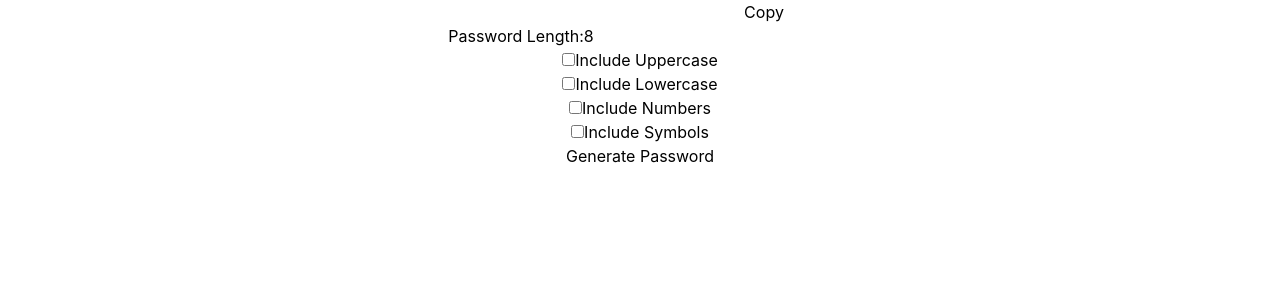
Repository: sriram1224/Password-generator
Page: / (app in password-generator/)
The author's editor kept a copy of each file at every save. The page is drawn from the files as they stood at one save, then again after the next save.
The browser window is 1280 px wide. The pictures show the whole page.
Some web libraries are served in a nearby version. The project was rebuilt for these pictures with package versions that can differ from the ones it lists, and the page was loaded fresh each time.

Above is the page before, as saved 2024-03-10 21:21:03.

### password-generator/public/index.html
<!DOCTYPE html>
<html lang="en">

<head>
  <meta charset="utf-8" />
  <link rel="icon" href="%PUBLIC_URL%/favicon.ico" />
  <meta name="viewport" content="width=device-width, initial-scale=1" />
  <meta name="theme-color" content="#000000" />
  <meta name="description" content="Web site created using create-react-app" />

  <link rel="apple-touch-icon" href="%PUBLIC_URL%/logo192.png" />
  <!--
      manifest.json provides metadata used when your web app is installed on a
      user's mobile device or desktop. See https://developers.google.com/web/fundamentals/web-app-manifest/
    -->
  <link rel="manifest" href="%PUBLIC_URL%/manifest.json" />
  <!--
      Notice the use of %PUBLIC_URL% in the tags above.
      It will be replaced with the URL of the `public` folder during the build.
      Only files inside the `public` folder can be referenced from the HTML.

      Unlike "/favicon.ico" or "favicon.ico", "%PUBLIC_URL%/favicon.ico" will
      work correctly both with client-side routing and a non-root public URL.
      Learn how to configure a non-root public URL by running `npm run build`.
    -->
  <title>React App</title>
</head>

<body>
  <noscript>You need to enable JavaScript to run this app.</noscript>
  <div id="root"></div>
  <script src="https://cdn.tailwindcss.com"></script>
</body>

</html>

### password-generator/src/App.js
import PasswordGenerator from './Components/content.js';
import './App.css';

function App() {
  return (
    <div className="App">
       <PasswordGenerator />

    </div>
  );
}

export default App;

### password-generator/src/Components/content.js
import React, { useState } from 'react';

const PasswordGenerator = () => {
  const [includeUppercase, setIncludeUppercase] = useState(false);
  const [includeLowercase, setIncludeLowercase] = useState(false);
  const [includeNumbers, setIncludeNumbers] = useState(false);
  const [includeSymbols, setIncludeSymbols] = useState(false);
  const [password, setPassword] = useState('');
  const [passwordLength, setPasswordLength] = useState(8);

  const generatePassword = () => {
    const uppercaseChars = 'ABCDEFGHIJKLMNOPQRSTUVWXYZ';
    const lowercaseChars = 'abcdefghijklmnopqrstuvwxyz';
    const numberChars = '0123456789';
    const symbolChars = '!@#$%^&*()_+-=[]{}|;:,.<>?';

    let chars = '';
    if (includeUppercase) chars += uppercaseChars;
    if (includeLowercase) chars += lowercaseChars;
    if (includeNumbers) chars += numberChars;
    if (includeSymbols) chars += symbolChars;

    let generatedPassword = '';
    for (let i = 0; i < passwordLength; i++) {
      const randomIndex = Math.floor(Math.random() * chars.length);
      generatedPassword += chars[randomIndex];
    }
    setPassword(generatedPassword);
  };

  const copyToClipboard = () => {
    navigator.clipboard.writeText(password);
  };

  return (
    <div>


      <div>
        <input type="text" readOnly value={password} bg-green-300	 />
        <button onClick={copyToClipboard}>Copy</button>
          </div>
          <div>
        <label>
          Password Length:
          <input type="number" value={passwordLength} onChange={(e) => setPasswordLength(parseInt(e.target.value))} />
        </label>
          </div>
               <div>
        <label>
          <input type="checkbox" checked={includeUppercase} onChange={() => setIncludeUppercase(!includeUppercase)} />
          Include Uppercase
        </label>
      </div>
      <div>
        <label>
          <input type="checkbox" checked={includeLowercase} onChange={() => setIncludeLowercase(!includeLowercase)} />
          Include Lowercase
        </label>
      </div>
      <div>
        <label>
          <input type="checkbox" checked={includeNumbers} onChange={() => setIncludeNumbers(!includeNumbers)} />
          Include Numbers
        </label>
      </div>
      <div>
        <label>
          <input type="checkbox" checked={includeSymbols} onChange={() => setIncludeSymbols(!includeSymbols)} />
          Include Symbols
        </label>
      </div>

          <button onClick={generatePassword}>Generate Password</button>
    </div>
  );
};

export default PasswordGenerator;

Loaded but not shown: password-generator/src/index.js (common file); password-generator/src/index.css (common file); password-generator/src/reportWebVitals.js (common file); password-generator/src/App.css (common file)

After the next save:
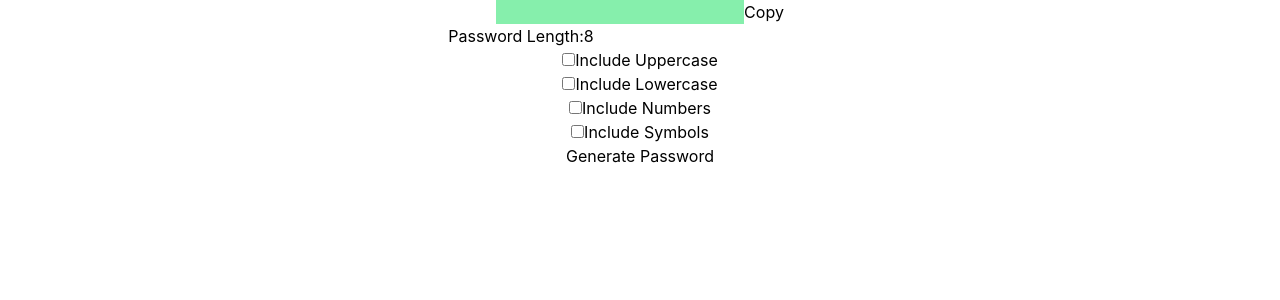
Saved 30 s later.
--- a/password-generator/src/Components/content.js
+++ b/password-generator/src/Components/content.js
@@ -37,7 +37,7 @@ const PasswordGenerator = () => {
 
 
       <div>
-        <input type="text" readOnly value={password} bg-green-300	 />
+        <input type="text" readOnly value={password} class="bg-green-300"	 />
         <button onClick={copyToClipboard}>Copy</button>
           </div>
           <div>
